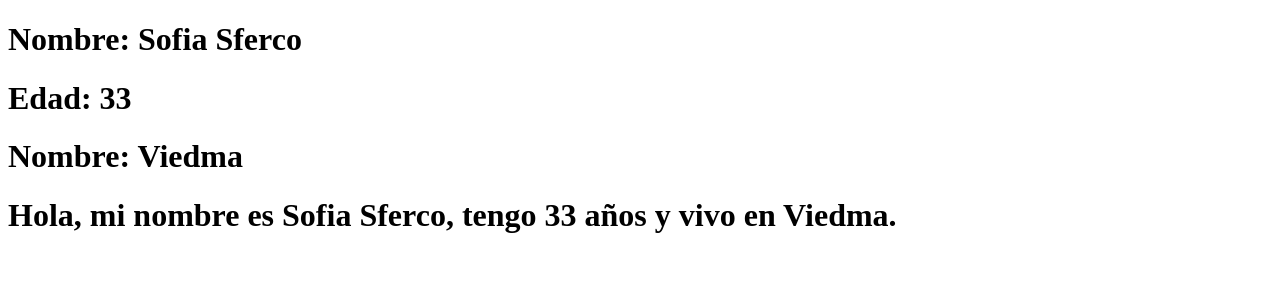
Repository: SofiaSferco/PWA-2026
Page: practico01/index.html
The author's editor kept a copy of each file at every save. The page is drawn from the files as they stood at one save, then again after the next save.
The browser window is 1280 px wide. The pictures show the whole page.

Above is the page before, as saved 2026-09-10 00:11:03.

### practico01/index.html
<!DOCTYPE html>
<html lang="en">
<head>
    <meta charset="UTF-8">
    <title>Practico 01</title>
    <script src="https://cdn.jsdelivr.net/npm/vue/dist/vue.js"></script>
</head>
<body>
    <div id="app">
        <h1>Nombre: {{nombre}}</h1>
        <h1>Edad: {{edad}}</h1>
        <h1>Nombre: {{ciudad}}</h1>
        <h1>Hola, mi nombre es {{nombre}}, tengo {{edad}} años y vivo en {{ciudad}}.</h1>
    </div>
    <script>
       var app= new Vue({
           el: '#app',
           data: {
               nombre: 'Sofia Sferco',
               edad: 33,
               ciudad: 'Viedma',
           }
       })
    </script>
</body>
</html>

After the next save:
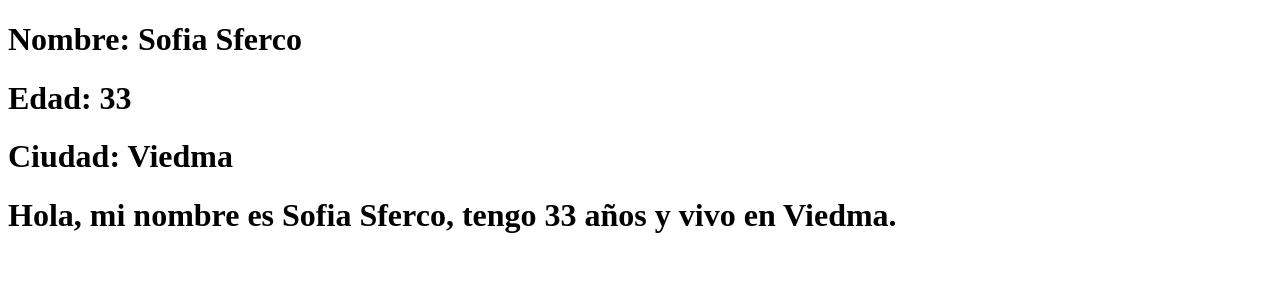
Saved 4 s later.
--- a/practico01/index.html
+++ b/practico01/index.html
@@ -9,7 +9,7 @@
     <div id="app">
         <h1>Nombre: {{nombre}}</h1>
         <h1>Edad: {{edad}}</h1>
-        <h1>Nombre: {{ciudad}}</h1>
+        <h1>Ciudad: {{ciudad}}</h1>
         <h1>Hola, mi nombre es {{nombre}}, tengo {{edad}} años y vivo en {{ciudad}}.</h1>
     </div>
     <script>
